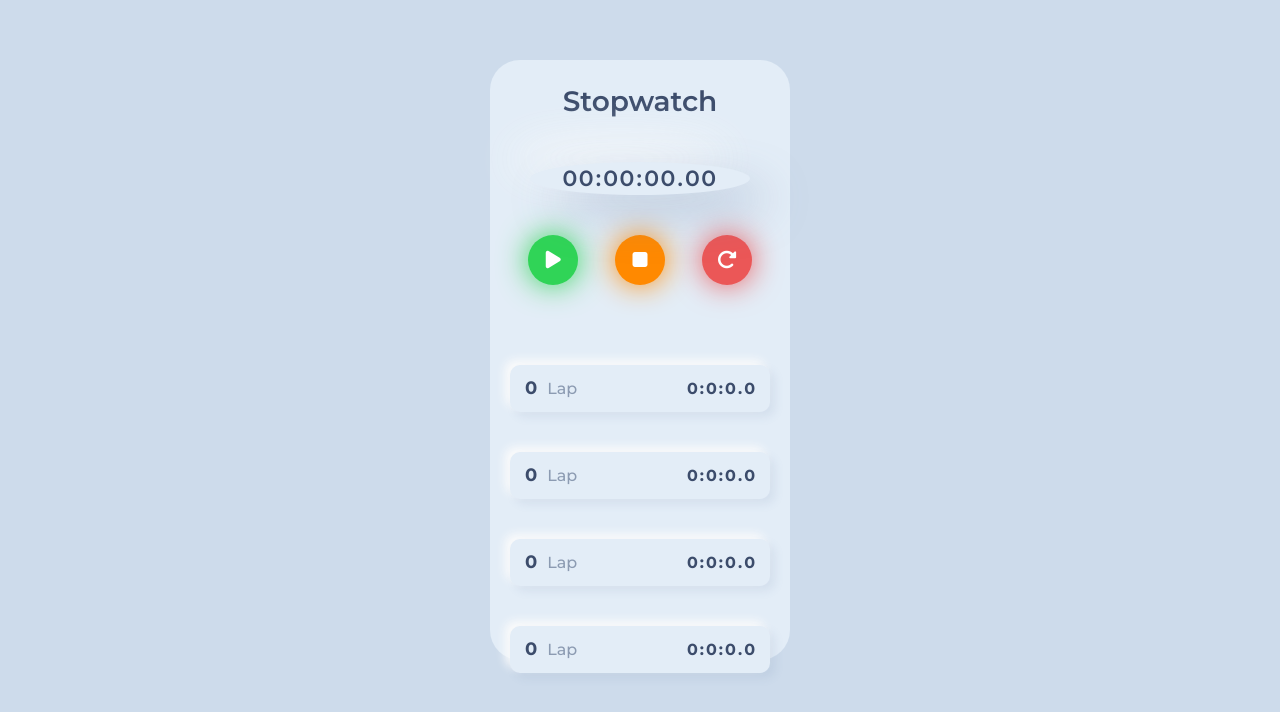
Repository: dinhtri123/stopwatch
Page: index.html
An editor plug-in stored every save of this project. The page is shown before and after a run of saves, followed by the edit.
The browser window is 1280 px wide. The pictures show the whole page.
After loading, the first visible `button.btn-reset` was clicked once.

Above is the page before, as saved 2023-01-05 15:25:21.

After the next 2 saves:
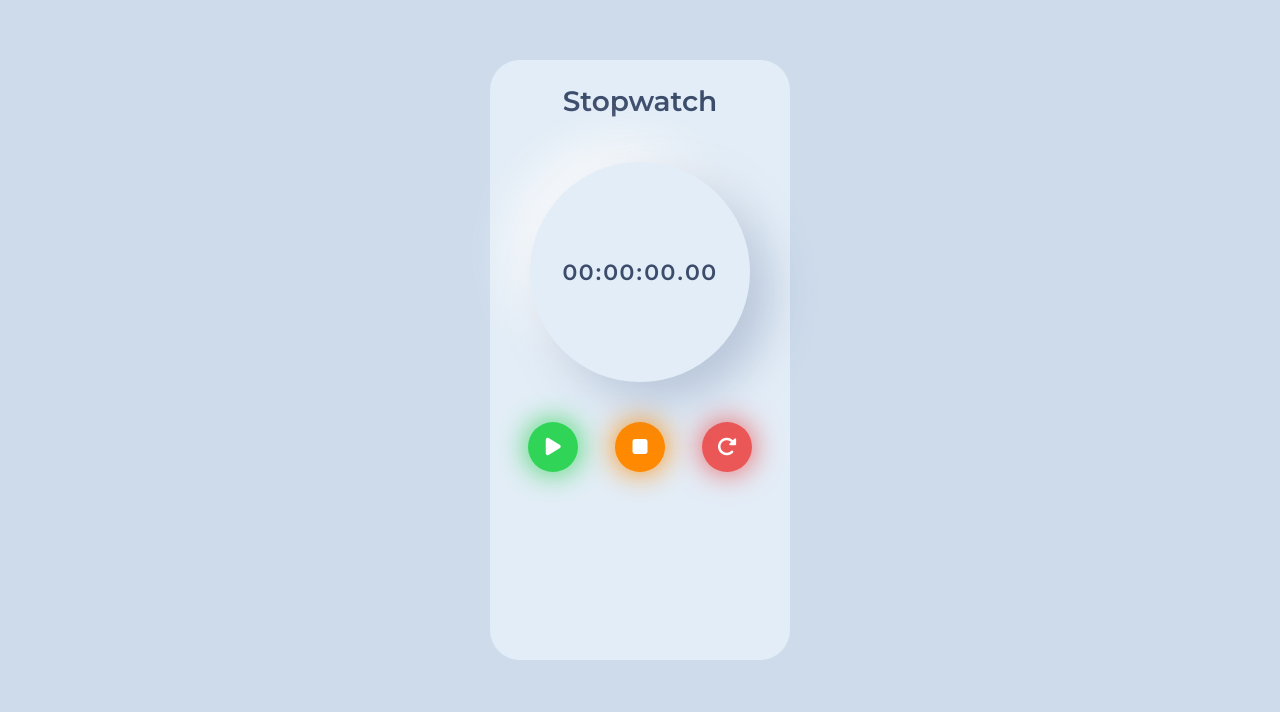
Console error: ReferenceError: time is not defined
The 2 saves are shown as one change because they came seconds apart.
The last was saved 29 s later.
--- a/index.js
+++ b/index.js
@@ -90,23 +90,22 @@ btnReset.addEventListener("click", function () {
   const history = document.querySelector(".history");
   const getTimerStorage = JSON.parse(localStorage.getItem("timer"));
   for (let i = 0; i < getTimerStorage.length; i++) {
-    for(let time in getTimerStorage[i]){
-      const template = `<div class="lap">
-      <div class="number-lap">
-        <p>${i}</p>
-        <span>Lap</span>
-      </div>
-      <div class="timer-lap">
-        <p>${getTimerStorage[i][time]}</p>
-        <span>:</span>
-        <p>${getTimerStorage[i][time]}</p>
-        <span>:</span>
-        <p>${getTimerStorage[i][time]}</p>
-        <span>.</span>
-        <p>${getTimerStorage[i][time]}</p>
-      </div>
-    </div>`;
-      history.insertAdjacentHTML("afterend", template);
-    }
+
+    const template = `<div class="lap">
+    <div class="number-lap">
+      <p>${i}</p>
+      <span>Lap</span>
+    </div>
+    <div class="timer-lap">
+      <p>${getTimerStorage[i][time]}</p>
+      <span>:</span>
+      <p>${getTimerStorage[i][time]}</p>
+      <span>:</span>
+      <p>${getTimerStorage[i][time]}</p>
+      <span>.</span>
+      <p>${getTimerStorage[i][time]}</p>
+    </div>
+  </div>`;
+    history.insertAdjacentHTML("afterend", template);
   }
 });

After the 2 saves that followed:
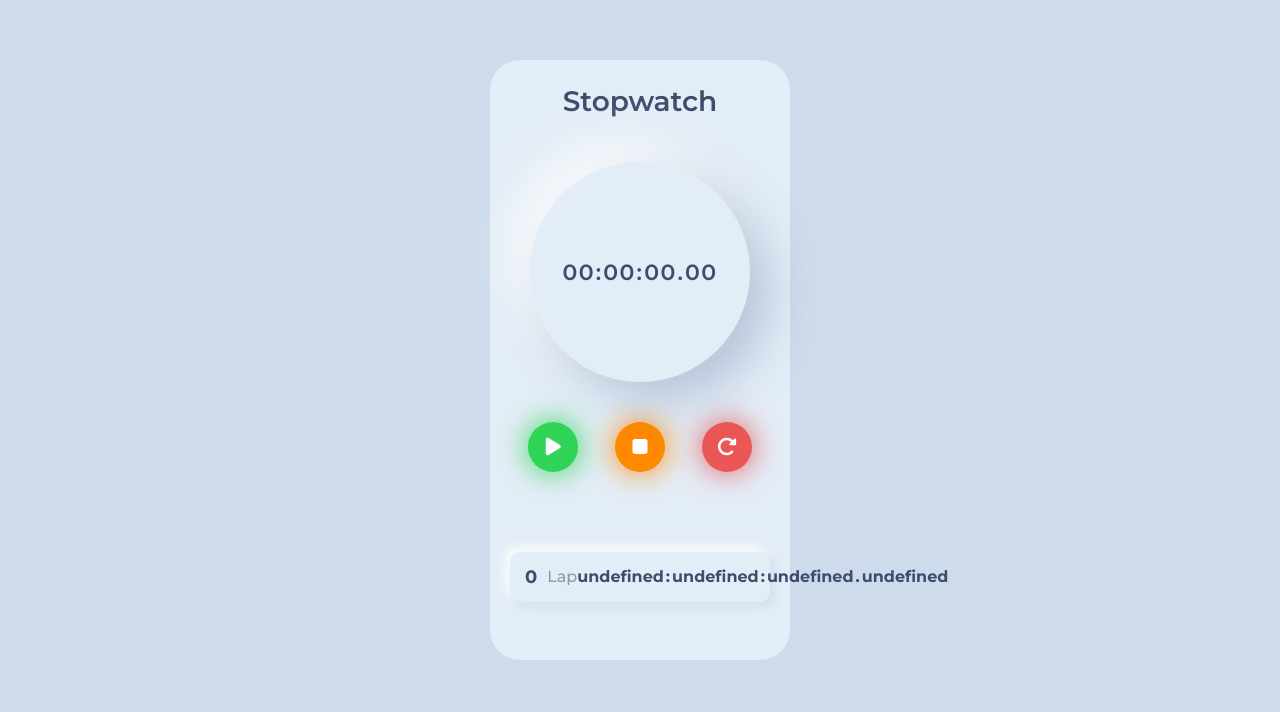
The error is gone.
The 2 saves are shown as one change because 1 left the picture as it was.
The last was saved 16 s later.
--- a/index.js
+++ b/index.js
@@ -97,13 +97,13 @@ btnReset.addEventListener("click", function () {
       <span>Lap</span>
     </div>
     <div class="timer-lap">
-      <p>${getTimerStorage[i][time]}</p>
+      <p>${getTimerStorage[i][0]}</p>
       <span>:</span>
-      <p>${getTimerStorage[i][time]}</p>
+      <p>${getTimerStorage[i][1]}</p>
       <span>:</span>
-      <p>${getTimerStorage[i][time]}</p>
+      <p>${getTimerStorage[i][2]}</p>
       <span>.</span>
-      <p>${getTimerStorage[i][time]}</p>
+      <p>${getTimerStorage[i][3]}</p>
     </div>
   </div>`;
     history.insertAdjacentHTML("afterend", template);
